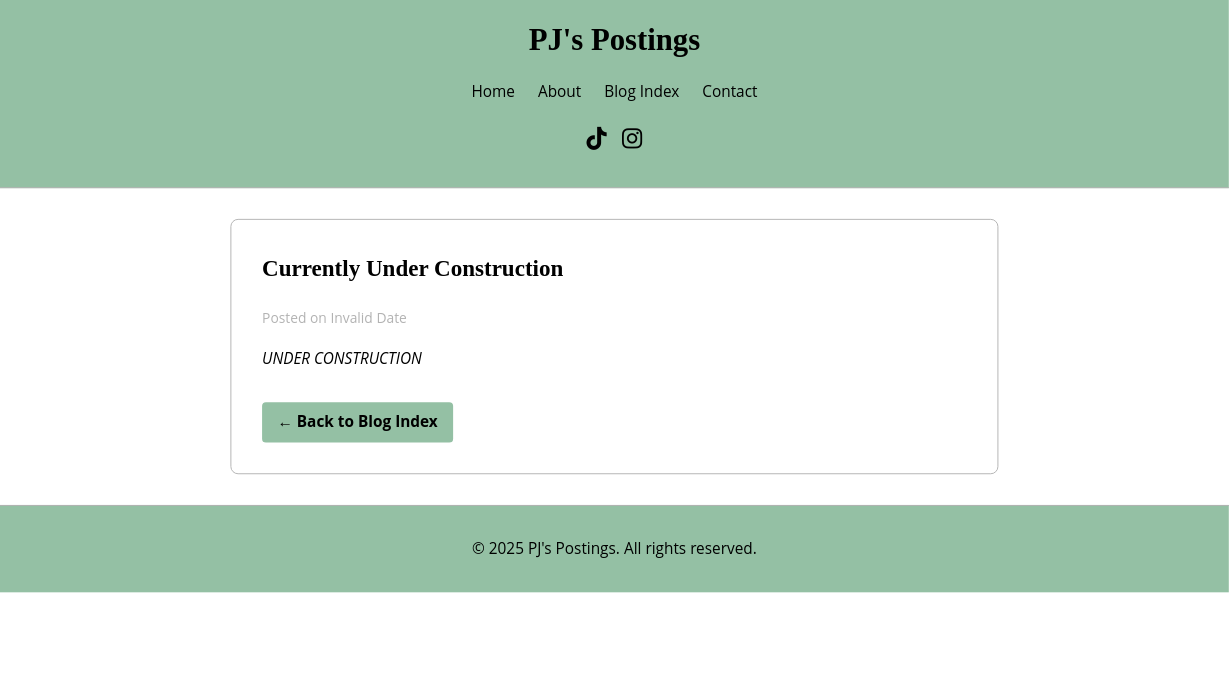
Repository: pjpatrick071/pjpatrick071.github.io
Page: posts/underConstruction.html
The author's editor kept a copy of each file at every save. The page is drawn from the files as they stood at one save, then again after a run of saves.
The browser window is 1280 px wide. The pictures show the whole page, at 96% of full size.
Some web fonts or font styles are not loaded; a fallback is used.

Above is the page before, as saved 2025-04-07 21:21:20.

After the next 2 saves:
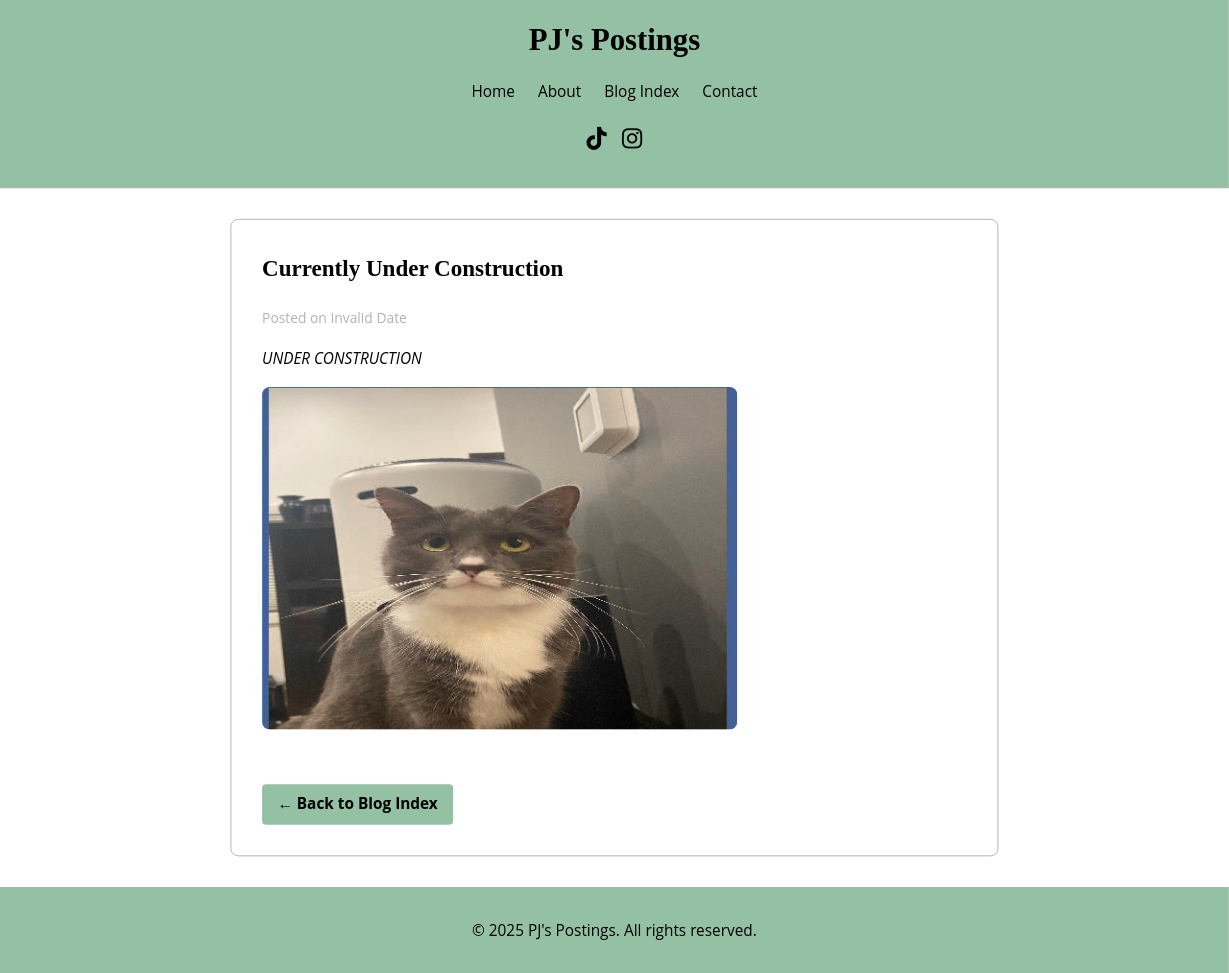
The 2 saves are shown as one change because they came seconds apart.
The last was saved 30 s later.
--- a/posts/underConstruction.html
+++ b/posts/underConstruction.html
@@ -168,7 +168,7 @@
             </script>
 
             <div class="post-content">
-                <p> <em> UNDER CONSTRUCTION</em> <br> <a href = "peep.png" ></a></p>
+                <p> <em> UNDER CONSTRUCTION</em> <br> <img src="peep.png" alt="PJ Patrick" class="profile-img"> </p>
 
             </div>
 
